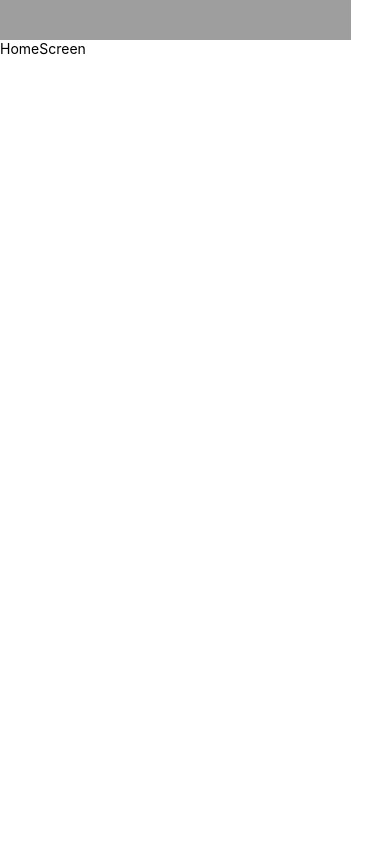
Repository: kenyi-mic/ugv
Screen: /HomeScreen
These files come from the project's save history. The screen is drawn as it stood at one moment and after the next save; the edit follows.
Pictures or frames that could not be fetched are drawn as grey boxes. The app was drawn by React Native's web renderer in a window 390 px wide. The project was rebuilt for these pictures with package versions that can differ from the ones it lists, and the page was loaded fresh each time.

Above is the screen before, as saved 2022-07-06 08:23:00.

### App.js
import { StyleSheet, Text, View } from "react-native";
import HomeScreen from "./screen/HomeScreen";

export default function App() {
  return (
    <View>
      <HomeScreen />
    </View>
  );
}

### screen/HomeScreen.js
import {
  Image,
  Platform,
  StatusBar,
  StyleSheet,
  Text,
  View,
} from "react-native";
import React from "react";
import { SafeAreaView } from "react-native";

const logo = "https://ugv.edu.bd/images/webimage/ugv-logo.png";

const HomeScreen = () => {
  return (
    <SafeAreaView style={styles.homeScreen}>
      <View style={styles.logo}>
        <Image
          source={{
            width: "90%",
            height: 40,
            uri: logo,
          }}
        />
      </View>
      <Text>HomeScreen</Text>
    </SafeAreaView>
  );
};

export default HomeScreen;

const styles = StyleSheet.create({
  homeScreen: {
    marginTop: Platform.OS === "android" ? StatusBar.currentHeight : 0,
  },
});

After the next save:
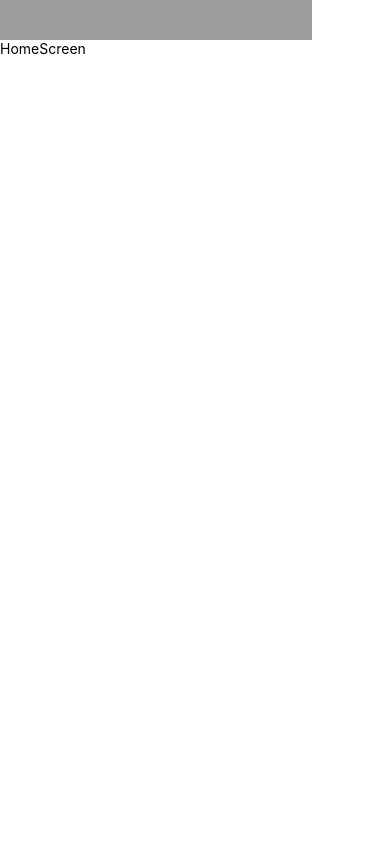
Saved 7 s later.
--- a/screen/HomeScreen.js
+++ b/screen/HomeScreen.js
@@ -17,7 +17,7 @@ const HomeScreen = () => {
       <View style={styles.logo}>
         <Image
           source={{
-            width: "90%",
+            width: "80%",
             height: 40,
             uri: logo,
           }}
